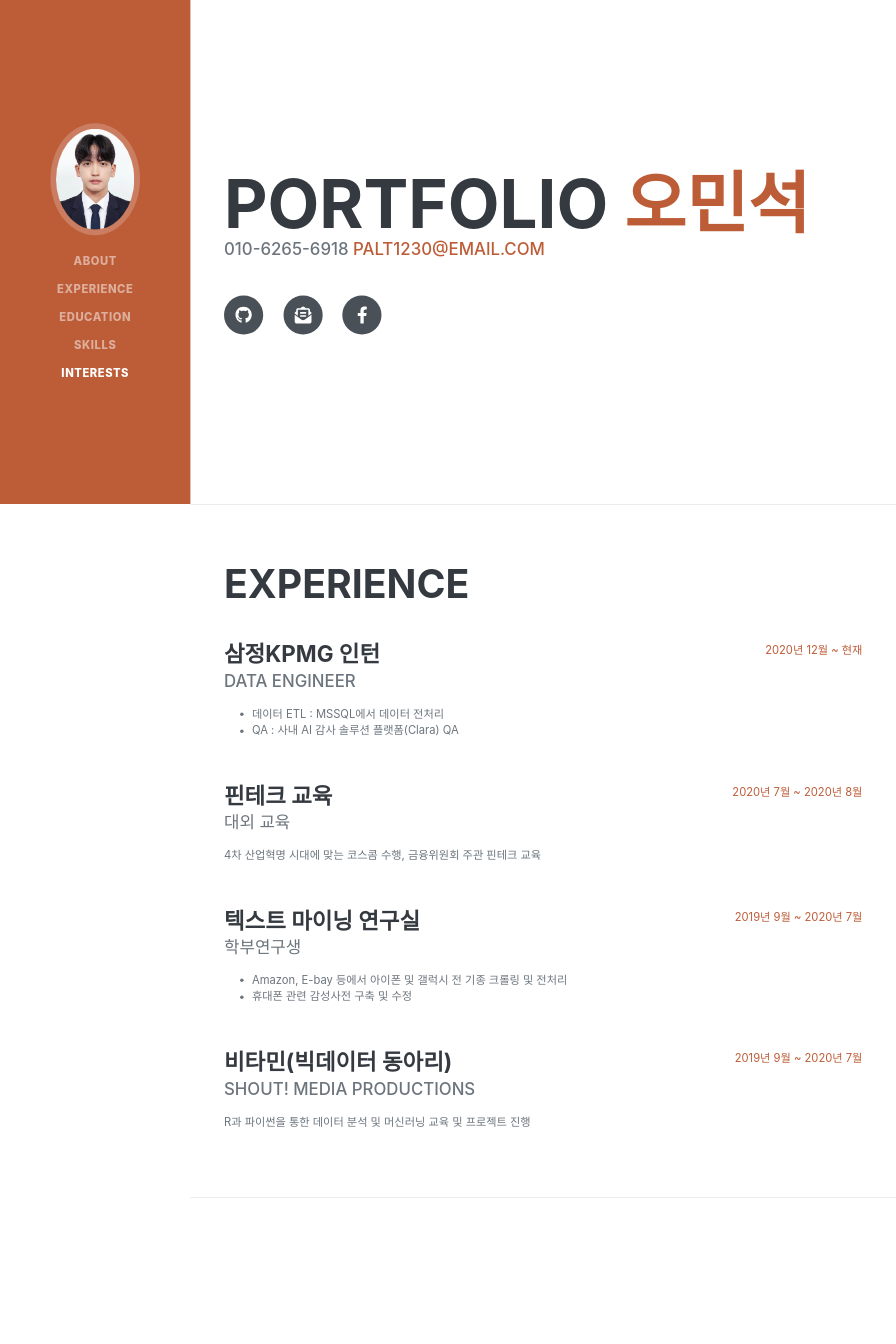
Repository: minsuk1/portfolio
Page: index.html
These files come from the project's save history. The page is drawn as it stood at one moment and after the next save; the edit follows.
The browser window is 1280 px wide. The pictures show the part of the page from y = 0 to 1920 px (the page is 3874 px tall before and 3898 px after), at 70% of full size.
Some web fonts or font styles are not loaded; a fallback is used.

Above is the page before, as saved 2021-01-01 11:01:09.

### index.html
<!DOCTYPE html>
<html lang="en">
    <head>
        <meta charset="utf-8" />
        <meta name="viewport" content="width=device-width, initial-scale=1, shrink-to-fit=no" />

        <link rel="icon" type="image/x-icon" href="assets/img/favicon.ico" />
        <!-- Font Awesome icons (free version)-->
        <script src="https://use.fontawesome.com/releases/v5.15.1/js/all.js" crossorigin="anonymous"></script>
        <!-- Google fonts-->
        <link href="https://fonts.googleapis.com/css?family=Saira+Extra+Condensed:500,700" rel="stylesheet" type="text/css" />
        <link href="https://fonts.googleapis.com/css?family=Muli:400,400i,800,800i" rel="stylesheet" type="text/css" />
        <!-- Core theme CSS (includes Bootstrap)-->
        <link href="css/styles.css" rel="stylesheet" />
    </head>
    <body id="page-top">
        <!-- Navigation-->
        <nav class="navbar navbar-expand-lg navbar-dark bg-primary fixed-top" id="sideNav">
            <a class="navbar-brand js-scroll-trigger" href="#page-top">
                <span class="d-block d-lg-none">Clarence Taylor</span>
                <span class="d-none d-lg-block"><img class="img-fluid img-profile rounded-circle mx-auto mb-2" src="assets/img/profile.jpg" alt="" /></span>
            </a>
            <button class="navbar-toggler" type="button" data-toggle="collapse" data-target="#navbarSupportedContent" aria-controls="navbarSupportedContent" aria-expanded="false" aria-label="Toggle navigation"><span class="navbar-toggler-icon"></span></button>
            <div class="collapse navbar-collapse" id="navbarSupportedContent">
                <ul class="navbar-nav">
                    <li class="nav-item"><a class="nav-link js-scroll-trigger" href="#about">About</a></li>
                    <li class="nav-item"><a class="nav-link js-scroll-trigger" href="#experience">Experience</a></li>
                    <li class="nav-item"><a class="nav-link js-scroll-trigger" href="#education">Education</a></li>
                    <li class="nav-item"><a class="nav-link js-scroll-trigger" href="#skills">Skills</a></li>
                    <li class="nav-item"><a class="nav-link js-scroll-trigger" href="#interests">Interests</a></li>
                </ul>
            </div>
        </nav>
        <!-- Page Content-->
        <div class="container-fluid p-0">
            <!-- About-->
            <section class="resume-section" id="about">
                <div class="resume-section-content">
                    <h1 class="mb-0">
                        Portfolio
                        <span class="text-primary">오민석</span>
                    </h1>
                    <div class="subheading mb-5">
                                  010-6265-6918
                        <a href="mailto:name@email.com">palt1230@email.com</a>
                    </div>
                    <p class="lead mb-5"></p>
                    <div class="social-icons">
                        <a class="social-icon" href="https://github.com/minsuk1"><i class="fab fa-github"></i></a>
                        <a class="social-icon" href="https://velog.io/@minsuk"><i class="fas fa-envelope-open-text"></i></i></a>
                        <a class="social-icon" href="#"><i class="fab fa-facebook-f"></i></a>
                    </div>
                </div>
            </section>
            <hr class="m-0" />
            <!-- Experience-->
            <section class="resume-section" id="experience">
                <div class="resume-section-content">
                    <h2 class="mb-5">Experience</h2>
                    <div class="d-flex flex-column flex-md-row justify-content-between mb-5">
                        <div class="flex-grow-1">
                            <h3 class="mb-0">삼정KPMG 인턴</h3>
                            <div class="subheading mb-3">Data Engineer</div>
                            <ul>
                                <li>데이터 ETL : MSSQL에서 데이터 전처리</li>
                                <li>QA : 사내 AI 감사 솔루션 플랫폼(Clara) QA</li>
                            </ul>

                        </div>
                        <div class="flex-shrink-0"><span class="text-primary">2020년 12월 ~ 현재</span></div>
                    </div>
                    <div class="d-flex flex-column flex-md-row justify-content-between mb-5">
                        <div class="flex-grow-1">
                            <h3 class="mb-0">핀테크 교육</h3>
                            <div class="subheading mb-3">대외 교육</div>
                            <p>4차 산업혁명 시대에 맞는 코스콤 수행, 금융위원회 주관 핀테크 교육</p>
                        </div>
                        <div class="flex-shrink-0"><span class="text-primary">2020년 7월 ~ 2020년 8월</span></div>
                    </div>
                    <div class="d-flex flex-column flex-md-row justify-content-between mb-5">
                        <div class="flex-grow-1">
                            <h3 class="mb-0">텍스트 마이닝 연구실</h3>
                            <div class="subheading mb-3">학부연구생</div>
                            <ul>
                                <li>Amazon, E-bay 등에서 아이폰 및 갤럭시 전 기종 크롤링 및 전처리</li>
                                <li>휴대폰 관련 감성사전 구축 및 수정</li>
                            </ul>
                        </div>
                        <div class="flex-shrink-0"><span class="text-primary">2019년 9월 ~ 2020년 7월</span></div>
                    </div>
                    <div class="d-flex flex-column flex-md-row justify-content-between">
                        <div class="flex-grow-1">
                            <h3 class="mb-0">비타민(빅데이터 동아리)</h3>
                            <div class="subheading mb-3">Shout! Media Productions</div>
                            <p>R과 파이썬을 통한 데이터 분석 및 머신러닝 교육 및 프로젝트 진행</p>
                        </div>
                        <div class="flex-shrink-0"><span class="text-primary">2019년 9월 ~ 2020년 7월</span></div>
                    </div>
                </div>
            </section>
            <hr class="m-0" />
            <!-- Education-->
            <section class="resume-section" id="education">
                <div class="resume-section-content">
                    <h2 class="mb-5">Education</h2>
                    <div class="d-flex flex-column flex-md-row justify-content-between mb-5">
                        <div class="flex-grow-1">
                            <h3 class="mb-0">숭실대학교</h3>
                            <div class="subheading mb-3">학사</div>
                            <div>산업정보시스템공학과</div>
                            <p>GPA: 4.07</p>
                        </div>
                        <div class="flex-shrink-0"><span class="text-primary">August 2006 - May 2010</span></div>
                    </div>
                </div>
            </section>
            <hr class="m-0" />
            <!-- Skills-->
            <section class="resume-section" id="skills">
                <div class="resume-section-content">
                    <h2 class="mb-5">Skills</h2>
                    <div class="subheading mb-3">Programming Languages & Tools</div>
                    <ul class="list-inline dev-icons">
                        <li class="list-inline-item"><i class="fab fa-html5"></i></li>
                        <li class="list-inline-item"><i class="fab fa-css3-alt"></i></li>
                        <li class="list-inline-item"><i class="fab fa-js-square"></i></li>
                        <li class="list-inline-item"><i class="fab fa-python"></i></li>
                        <li class="list-inline-item"><i class="fab fa-r-project"></i></li>
                        <li class="list-inline-item"><i class="fab fa-node-js"></i></li>
                        <li class="list-inline-item"><i class="fas fa-database"></i></li>
                        <li class="list-inline-item"><i class="fab fa-aws"></i></li>
                    </ul>
                    <div class="subheading mb-3">Workflow</div>
                    <ul class="fa-ul mb-0">
                        <li>
                            <span class="fa-li"><i class="fas fa-check"></i></span>
                            AWS 아키텍처 설계
                        </li>
                        <li>
                            <span class="fa-li"><i class="fas fa-check"></i></span>
                            node.js를 활용한 웹개발
                        </li>
                        <li>
                            <span class="fa-li"><i class="fas fa-check"></i></span>
                            MSSQL을 활용한 ETL
                        </li>
                        <li>
                            <span class="fa-li"><i class="fas fa-check"></i></span>
                            python, R을 활용한 데이터 분석
                        </li>
                    </ul>
                </div>
            </section>
            <hr class="m-0" />
            <!-- Interests-->
            <section class="resume-section" id="interests">
                <div class="resume-section-content">
                    <h2 class="mb-5">Interests</h2>
                    <p>Apart from being a web developer, I enjoy most of my time being outdoors. In the winter, I am an avid skier and novice ice climber. During the warmer months here in Colorado, I enjoy mountain biking, free climbing, and kayaking.</p>
                    <p class="mb-0">When forced indoors, I follow a number of sci-fi and fantasy genre movies and television shows, I am an aspiring chef, and I spend a large amount of my free time exploring the latest technology advancements in the front-end web development world.</p>
                </div>
            </section>
            <hr class="m-0" />
        </div>
        <!-- Bootstrap core JS-->
        <script src="https://cdnjs.cloudflare.com/ajax/libs/jquery/3.5.1/jquery.min.js"></script>
        <script src="https://cdn.jsdelivr.net/npm/bootstrap@4.5.3/dist/js/bootstrap.bundle.min.js"></script>
        <!-- Third party plugin JS-->
        <script src="https://cdnjs.cloudflare.com/ajax/libs/jquery-easing/1.4.1/jquery.easing.min.js"></script>
        <!-- Core theme JS-->
        <script src="js/scripts.js"></script>
    </body>
</html>

### js/scripts.js
/*!
    * Start Bootstrap - Resume v6.0.2 (https://startbootstrap.com/theme/resume)
    * Copyright 2013-2020 Start Bootstrap
    * Licensed under MIT (https://github.com/StartBootstrap/startbootstrap-resume/blob/master/LICENSE)
    */
    (function ($) {
    "use strict"; // Start of use strict

    // Smooth scrolling using jQuery easing
    $('a.js-scroll-trigger[href*="#"]:not([href="#"])').click(function () {
        if (
            location.pathname.replace(/^\//, "") ==
                this.pathname.replace(/^\//, "") &&
            location.hostname == this.hostname
        ) {
            var target = $(this.hash);
            target = target.length
                ? target
                : $("[name=" + this.hash.slice(1) + "]");
            if (target.length) {
                $("html, body").animate(
                    {
                        scrollTop: target.offset().top,
                    },
                    1000,
                    "easeInOutExpo"
                );
                return false;
            }
        }
    });

    // Closes responsive menu when a scroll trigger link is clicked
    $(".js-scroll-trigger").click(function () {
        $(".navbar-collapse").collapse("hide");
    });

    // Activate scrollspy to add active class to navbar items on scroll
    $("body").scrollspy({
        target: "#sideNav",
    });
})(jQuery); // End of use strict

Loaded but not shown: css/styles.css (library)

After the next save:
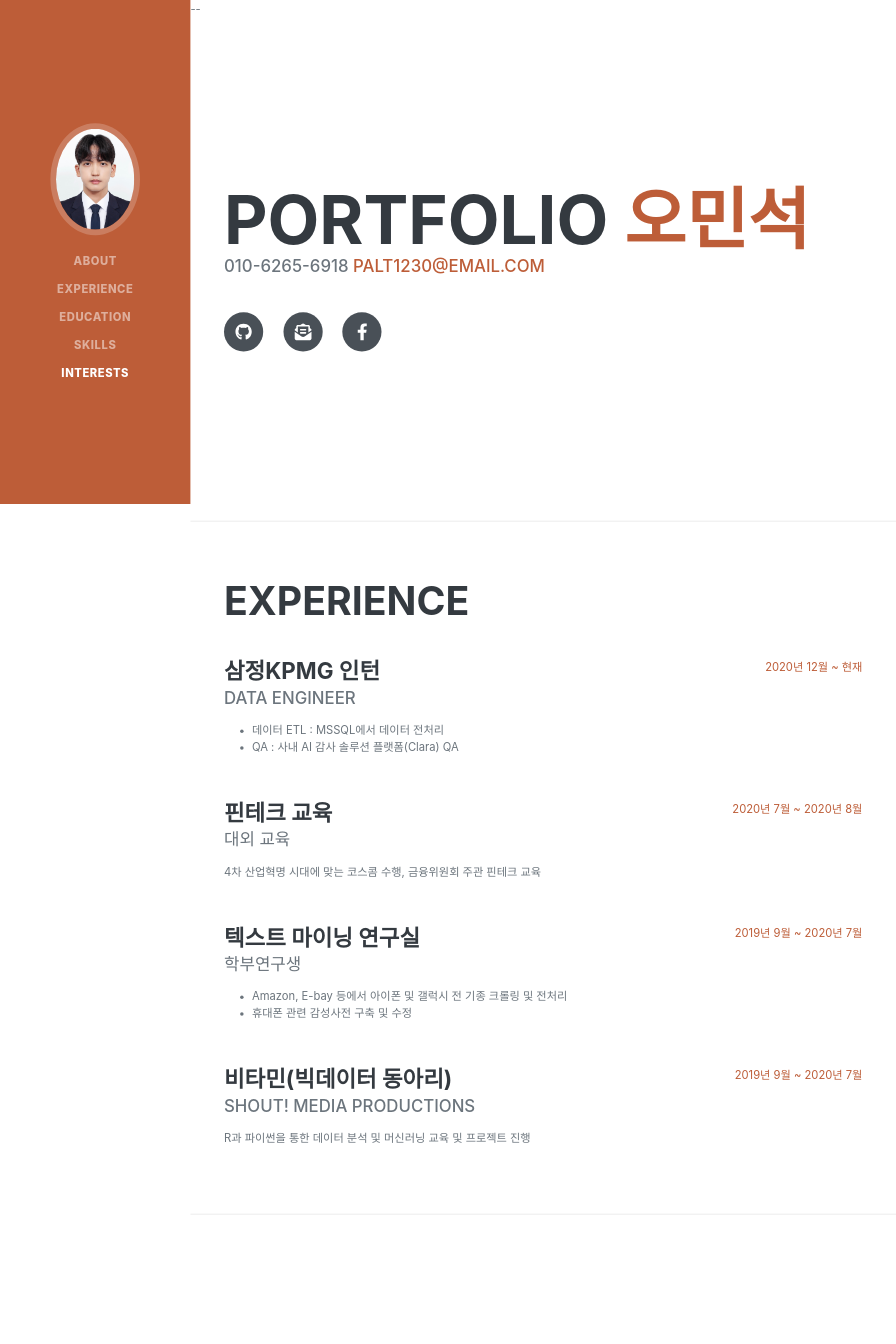
Saved 4 s later.
--- a/index.html
+++ b/index.html
@@ -2,7 +2,7 @@
 <html lang="en">
     <head>
         <meta charset="utf-8" />
-        <meta name="viewport" content="width=device-width, initial-scale=1, shrink-to-fit=no" />
+       -- <meta name="viewport" content="width=device-width, initial-scale=1, shrink-to-fit=no" />
 
         <link rel="icon" type="image/x-icon" href="assets/img/favicon.ico" />
         <!-- Font Awesome icons (free version)-->

After the 2 saves that followed:
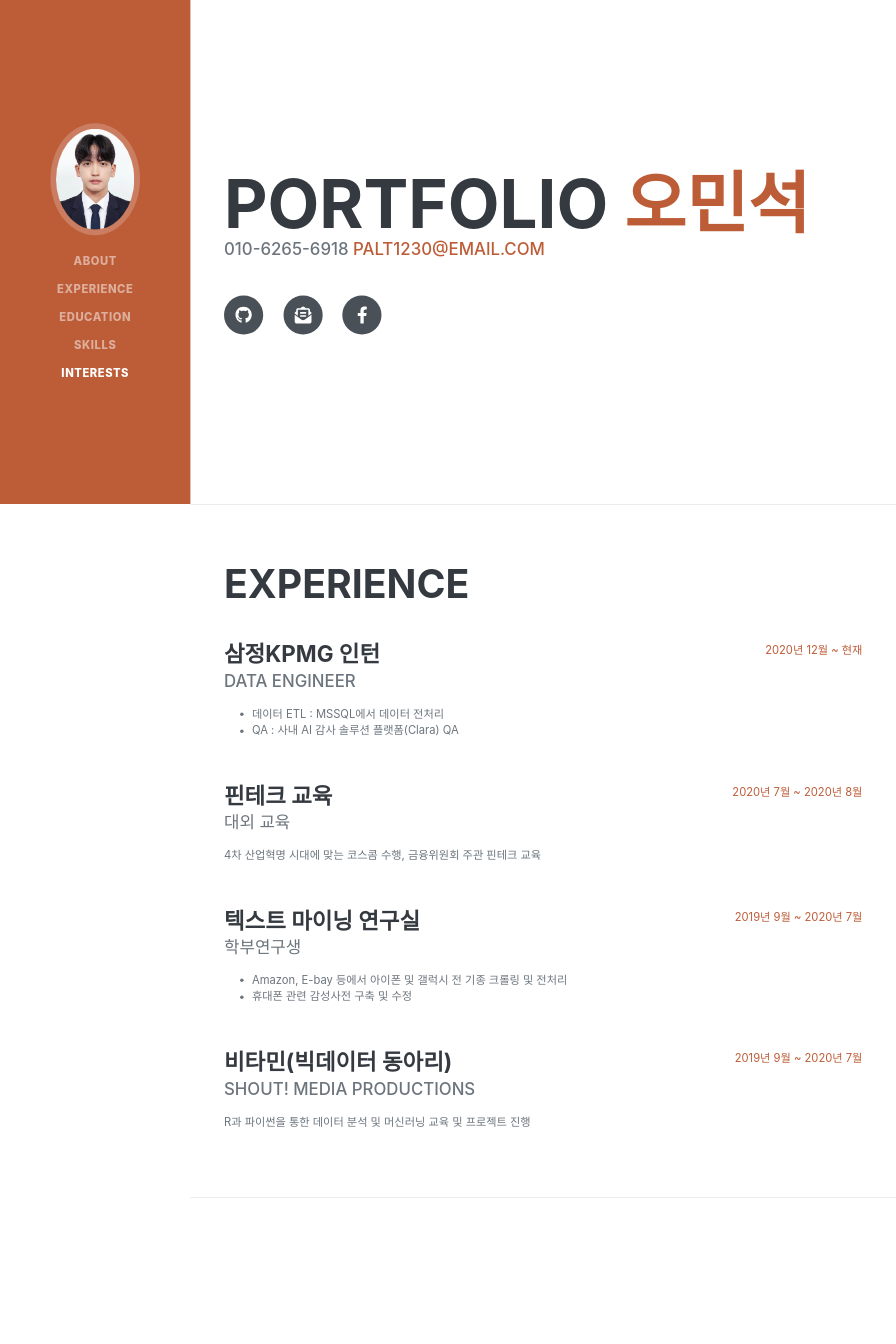
The 2 saves are shown as one change because they came seconds apart.
The last was saved 9 s later.
--- a/index.html
+++ b/index.html
@@ -2,7 +2,7 @@
 <html lang="en">
     <head>
         <meta charset="utf-8" />
-       -- <meta name="viewport" content="width=device-width, initial-scale=1, shrink-to-fit=no" />
+
 
         <link rel="icon" type="image/x-icon" href="assets/img/favicon.ico" />
         <!-- Font Awesome icons (free version)-->
